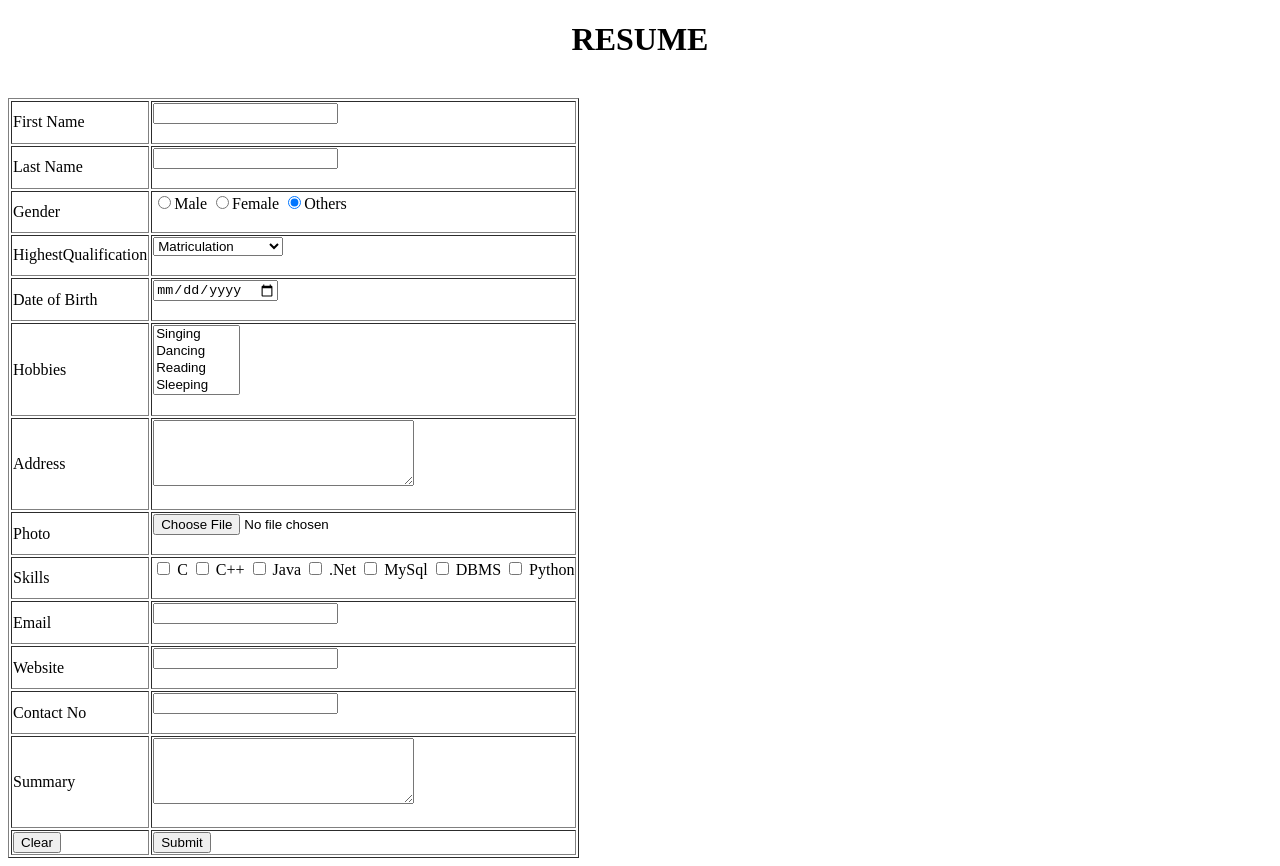
Repository: Rccalfa123/JEE
Page: MyFirstServlet/WebContent/Resume.html
The author's editor kept a copy of each file at every save. The page is drawn from the files as they stood at one save, then again after the next save.
The browser window is 1280 px wide. The pictures show the whole page.

Above is the page before, as saved 2018-08-07 09:02:08.

After the next save:
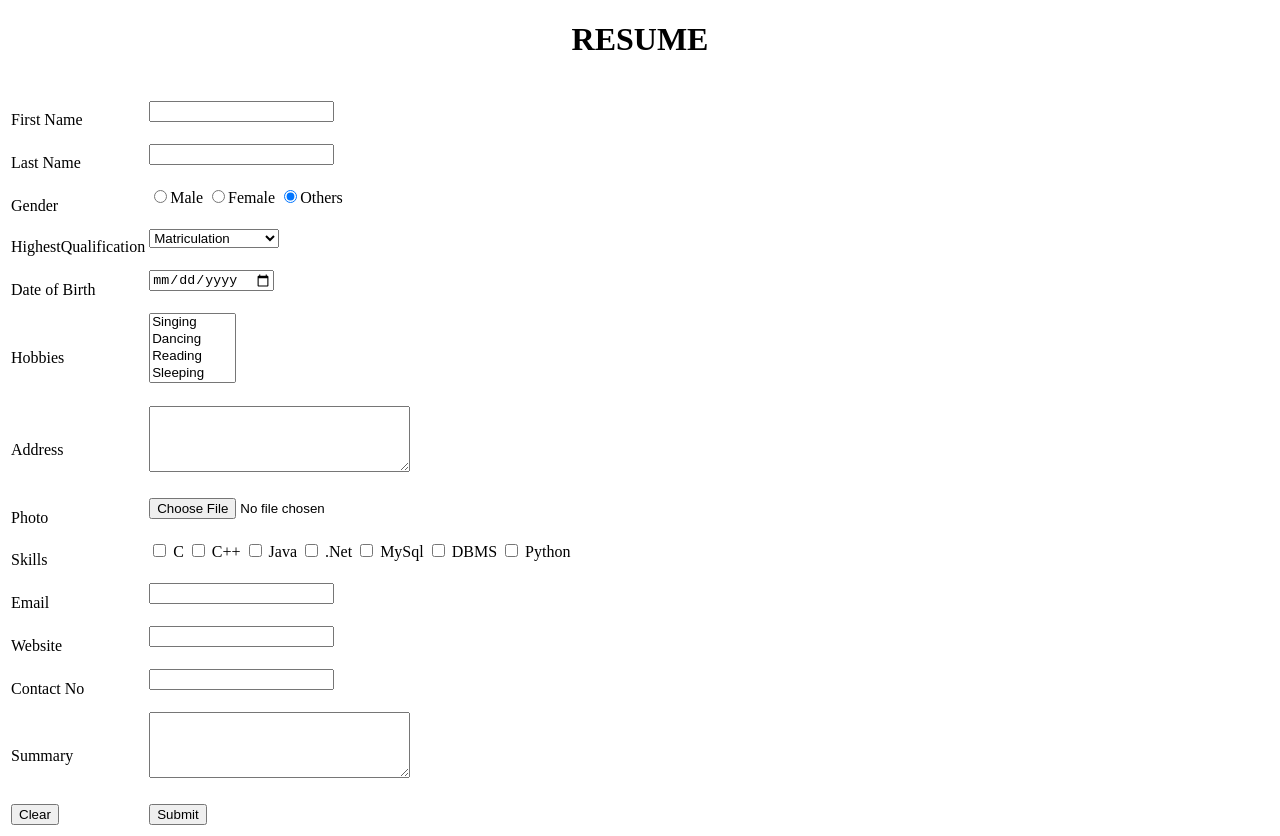
Saved 2 min 17 s later.
--- a/MyFirstServlet/WebContent/Resume.html
+++ b/MyFirstServlet/WebContent/Resume.html
@@ -7,7 +7,7 @@
 <body>
    <form action="ms1.java" method="get">
    <h1 align="center"> RESUME </h1><br>
-  <table border="1">
+  <table >
    <tr><td>First Name </td><td><input type="text" name="fname"><br><br></td></tr>
 
    <tr><td>Last Name</td> <td> <input type="text" name="lname"><br><br></td></tr>
